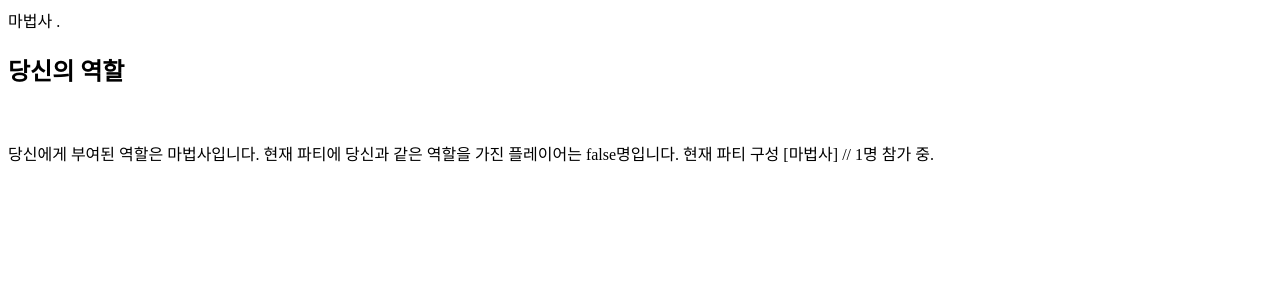
Repository: dwanGim/JSP_basic
Page: http://localhost/20220322/jsptag/tag_quiz05.jsp
The author's editor kept a copy of each file at every save. The page is drawn from the files as they stood at one save, then again after the next save.
The browser window is 1280 px wide. The pictures show the whole page.
The page is served by Tomcat 9.

Above is the page before, as saved 2022-03-24 10:05:18.

After the next save:
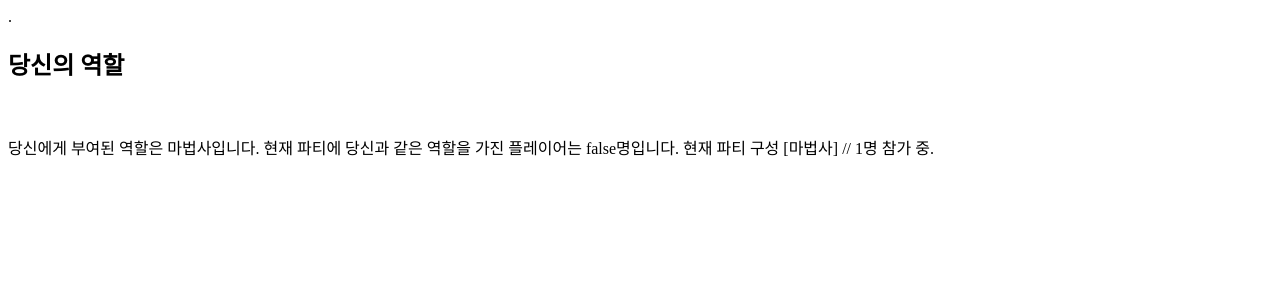
Saved 5 min 59 s later.
--- a/20220322/src/main/webapp/jsptag/tag_quiz05.jsp
+++ b/20220322/src/main/webapp/jsptag/tag_quiz05.jsp
@@ -18,12 +18,14 @@
 	int ranNum = (int)(Math.random() * jobs.length);
 	String job = jobs[ranNum];
 
-	out.println(job);
+	party.add(job);
 
-	if (party.size() < 11) {
-		party.add(job);
-	} else {
-		party.clear();
+	int count = 0;
+
+	for (String player : party) {
+		if (job.equals(player)) {
+			count +=1;
+		}
 	}
 
 
